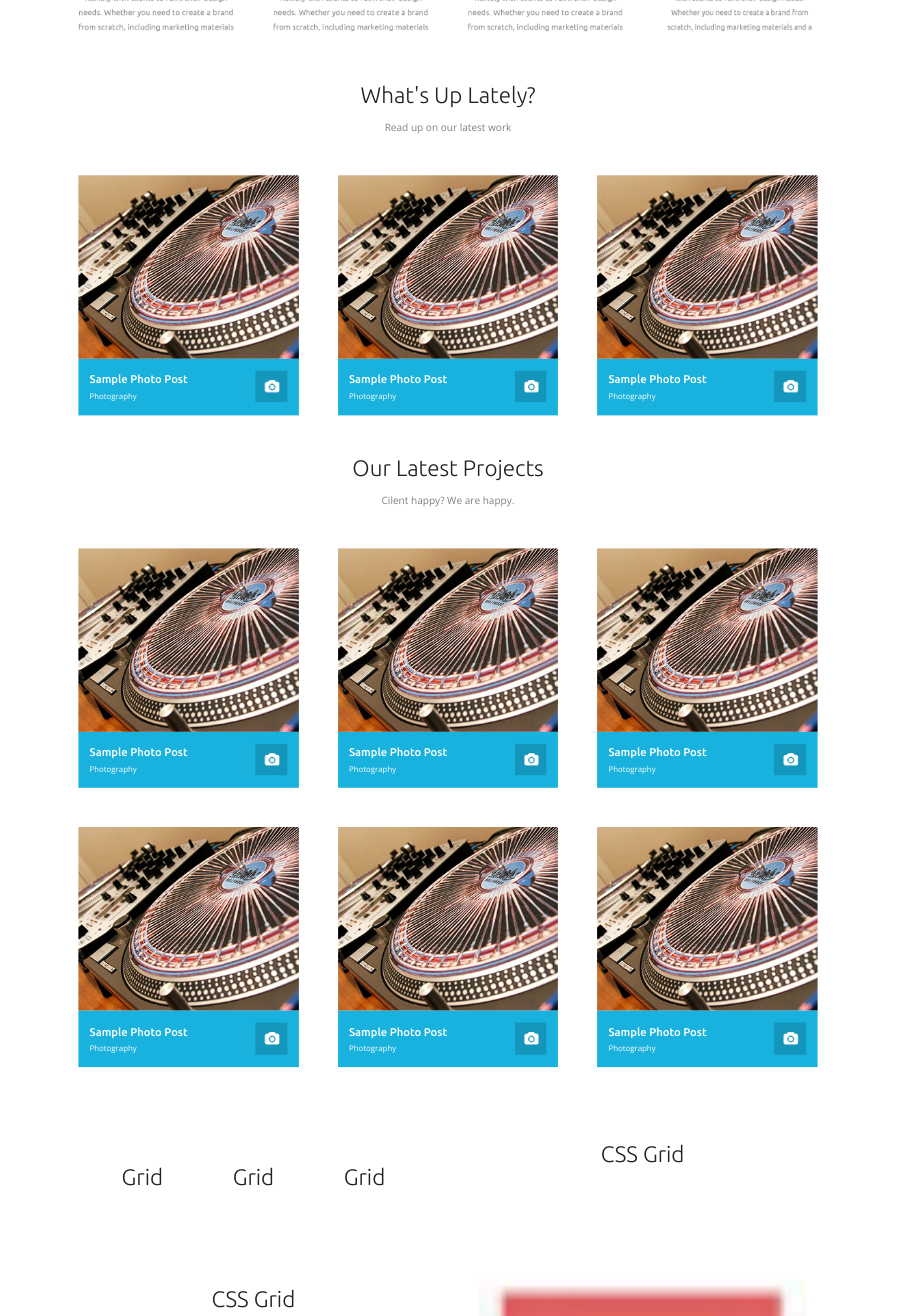
Repository: justinweiyungwu/week4project1v2
Page: cssgrid/index.html
These files come from the project's save history. The page is drawn as it stood at one moment and after the next save; the edit follows.
The browser window is 1280 px wide. The page is 1312 px wide, so the pictures cover 1312 px, including what lies to the right of the window. The pictures show the part of the page from y = 779 to 2659 px (the page is 11452 px tall before and 11386 px after), at 70% of full size.

Above is the page before, as saved 2023-02-03 15:07:58.

After the next save:
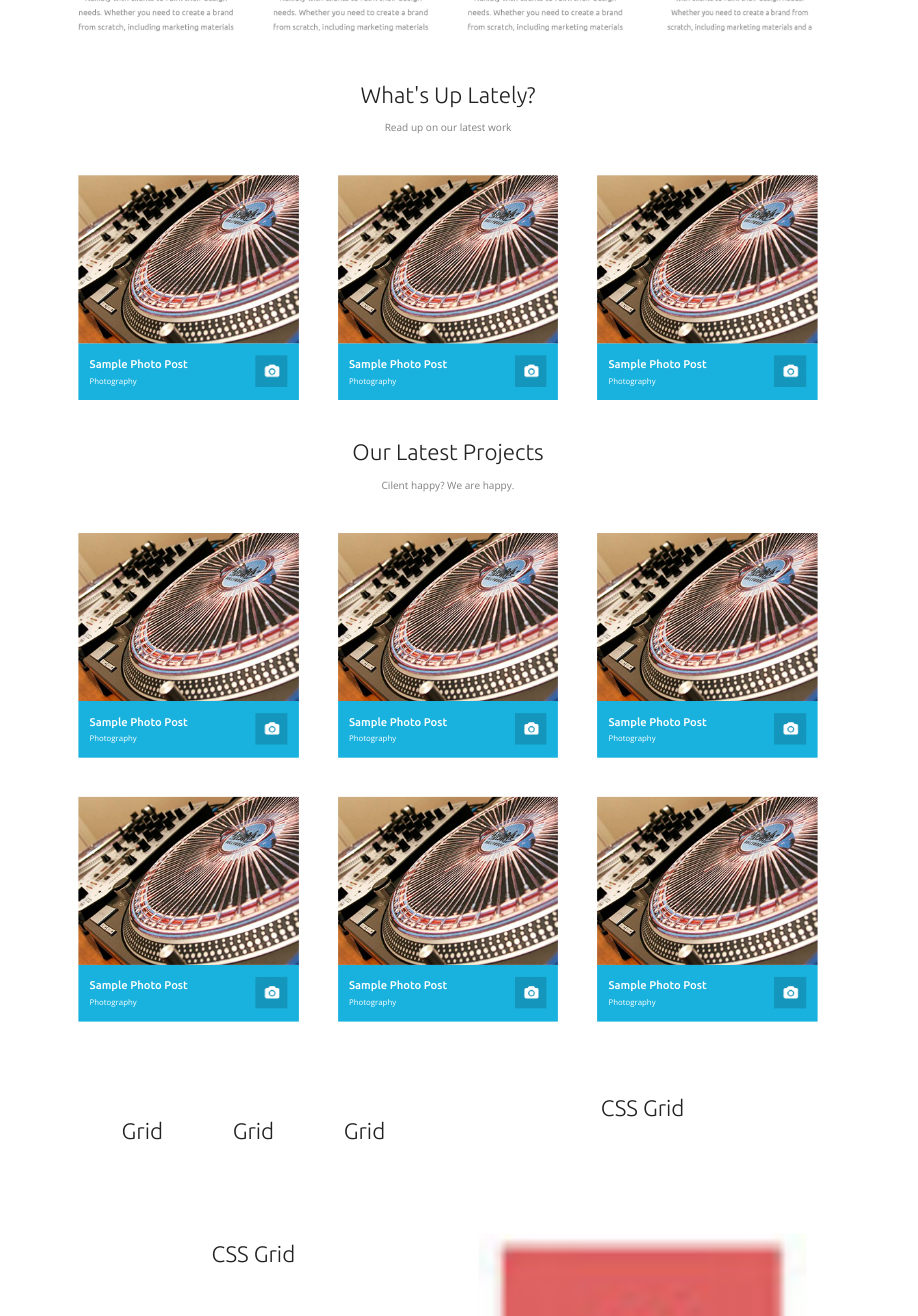
Saved 6 s later.
--- a/cssgrid/css/main.css
+++ b/cssgrid/css/main.css
@@ -216,7 +216,10 @@
 .bottom-icons{
 max-height: 10em;
 }
-
+.sml-photo img{
+    max-height: 15em;
+    object-fit: cover;
+}
 .row-bottom-col {
     display: grid;
     grid-template-columns: 3fr 1fr;
